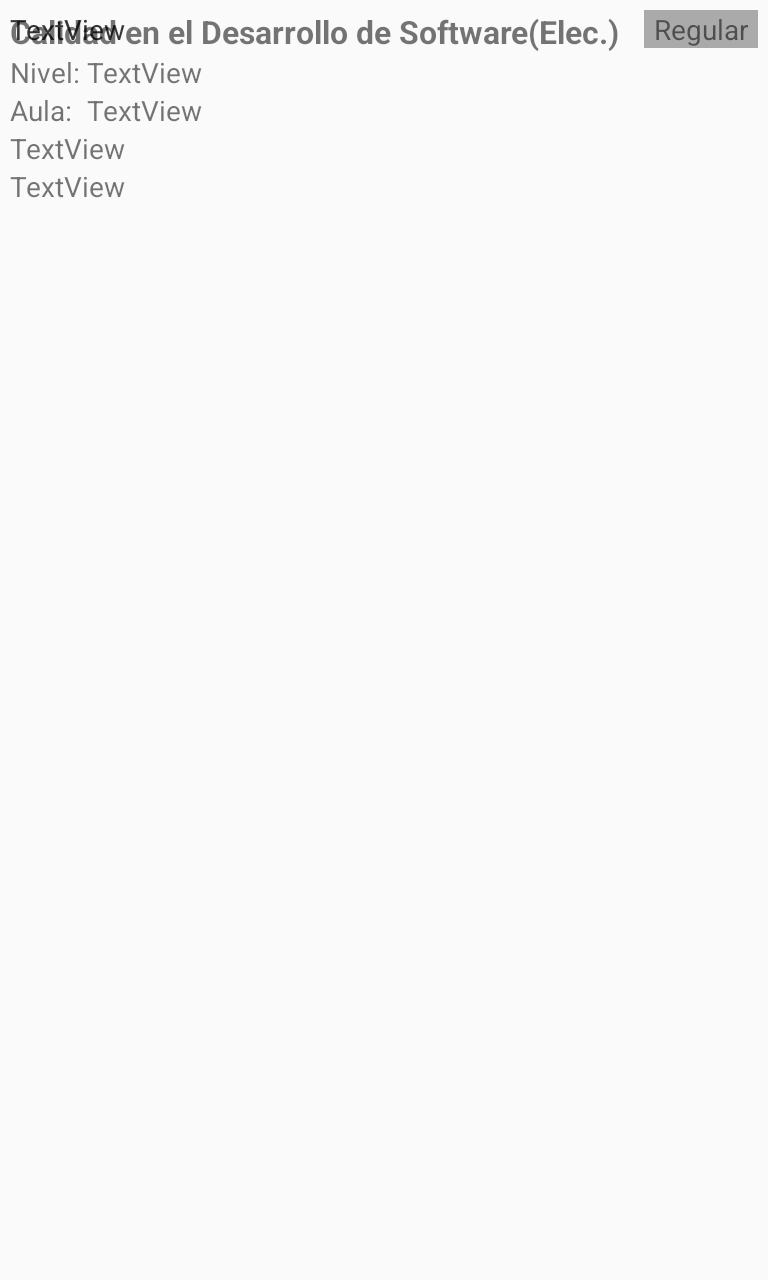
Repository: juanpablobono/Sysacadalumnos
Layout: Sysacad/res/layout/lst_cursado_item.xml
These files come from the project's save history. The layout is drawn as it stood at one moment and after the next save; the edit follows.
It is drawn on a 768 x 1280 px phone screen (xhdpi) without system bars, with theme temaSysacad; the app's code is not run.

Above is the layout before, as saved 2014-07-07 12:47:20.

After the next save:
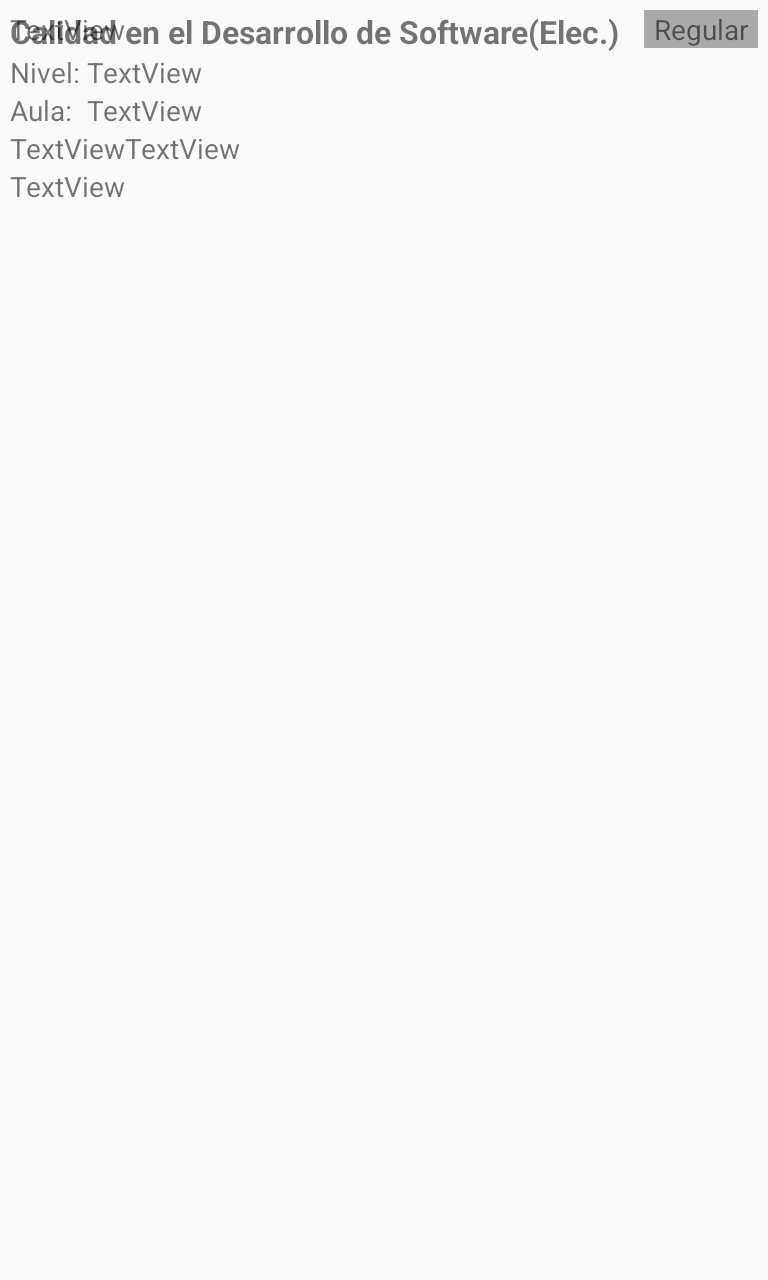
Saved 10 s later.
--- a/Sysacad/res/layout/lst_cursado_item.xml
+++ b/Sysacad/res/layout/lst_cursado_item.xml
@@ -79,12 +79,12 @@
         android:text="TextView" />
 
     <TextView
-        android:id="@+id/textView3"
+        android:id="@+id/lblHorarios"
         android:layout_width="wrap_content"
         android:layout_height="wrap_content"
-        android:layout_alignBaseline="@+id/textView1"
-        android:layout_alignBottom="@+id/textView1"
-        android:layout_toRightOf="@+id/textView1"
+        android:layout_alignBaseline="@+id/lblForHorarios"
+        android:layout_alignBottom="@+id/lblForHorarios"
+        android:layout_toRightOf="@+id/lblForHorarios"
         android:text="TextView" />
 
     <TextView
